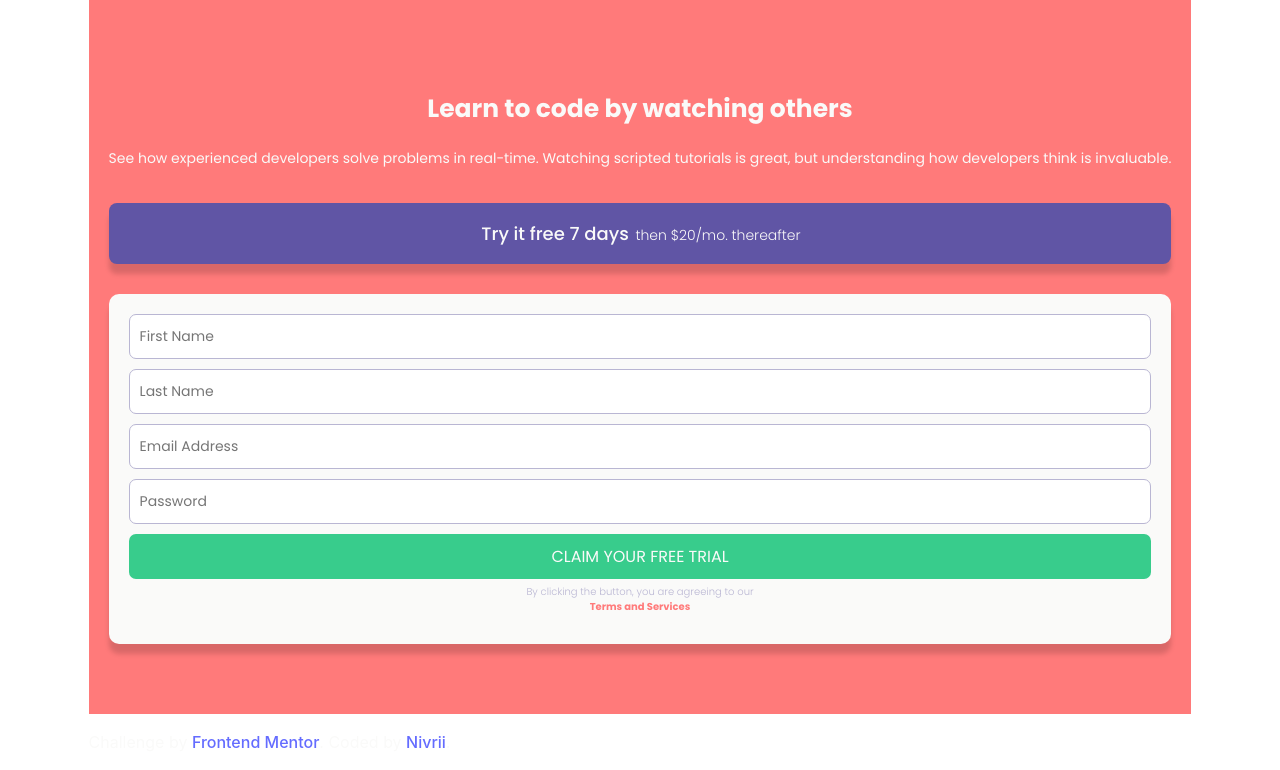
Repository: nivrii/intro-component-with-signup
Page: /
These files come from the project's save history. The page is drawn as it stood at one moment and after the next save; the edit follows.
The browser window is 1280 px wide. The pictures show the whole page.
The project was rebuilt for these pictures with package versions that can differ from the ones it lists, and the page was loaded fresh each time. Also part of the build but not shown: vite.config.js.

Above is the page before, as saved 2023-10-12 12:10:52.

After the next save:
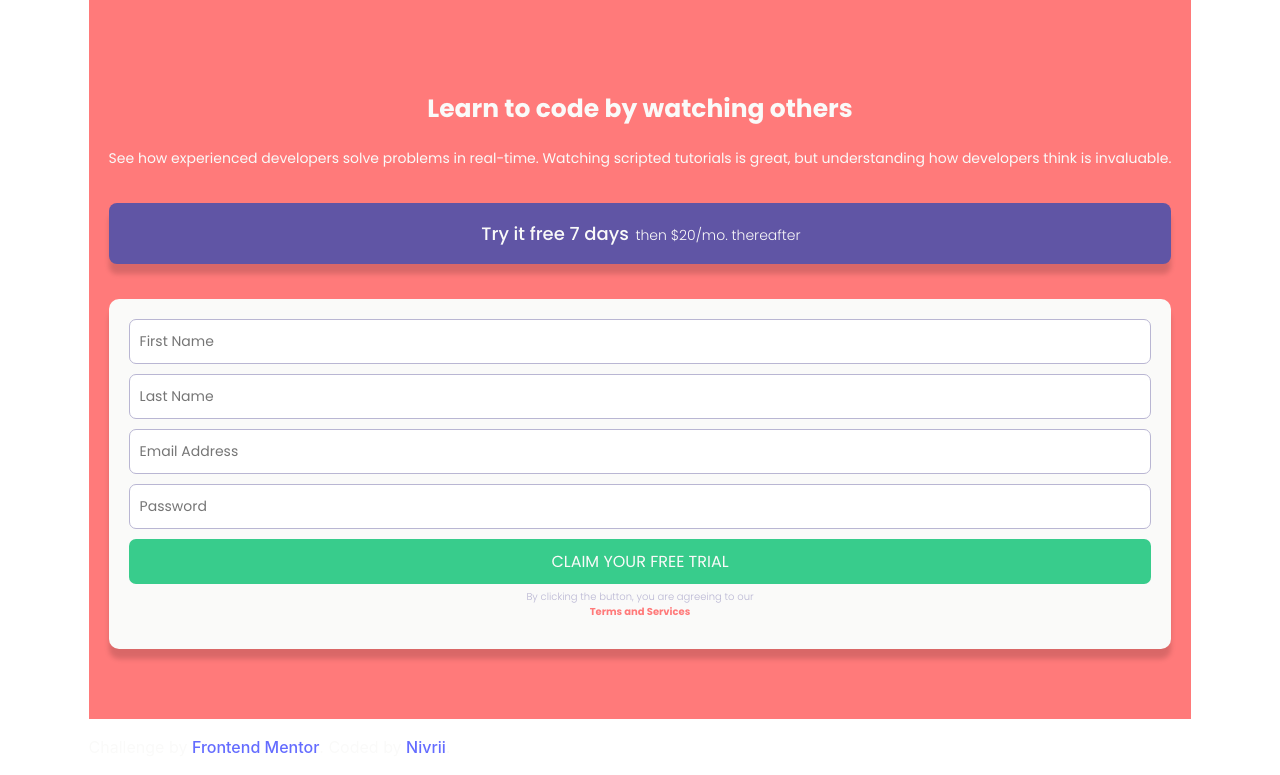
Saved 8 s later.
--- a/src/Form/Form.css
+++ b/src/Form/Form.css
@@ -5,7 +5,7 @@
   flex-direction: column;
   background-color: var(--white);
   width: 100%;
-  margin-top: 10px;
+  margin-top: 15px;
   padding: 20px;
   gap: 10px;
   border-radius: 10px;
